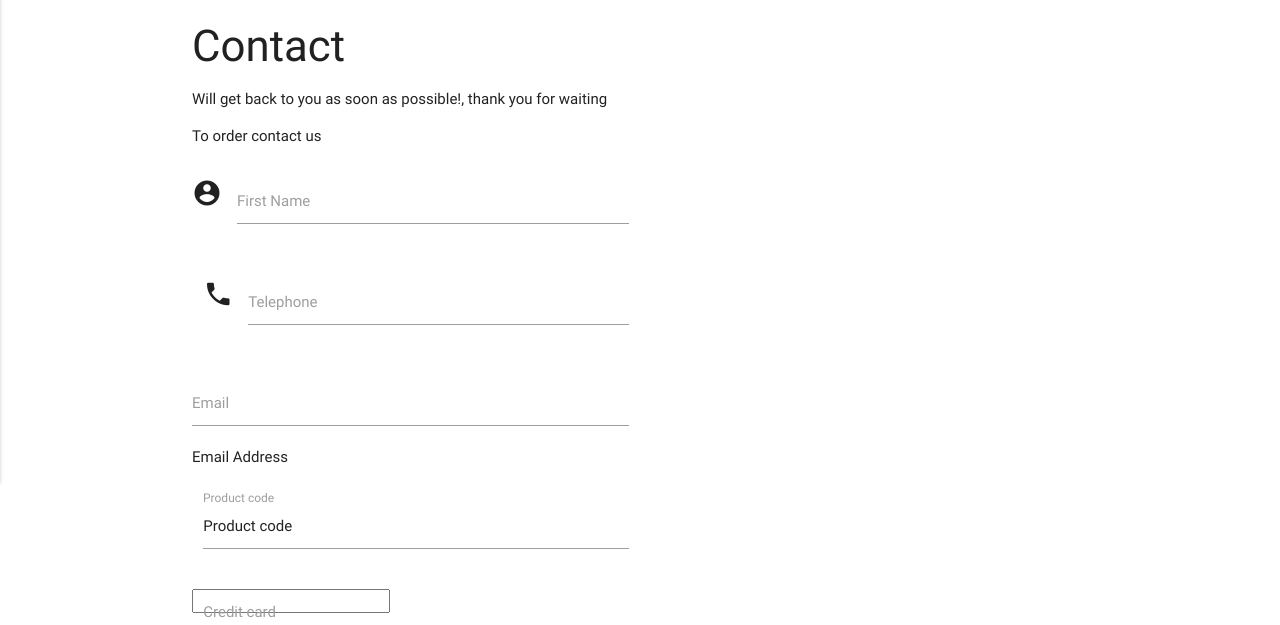
Repository: eazeldon/project-recipes-online-3
Page: http://localhost/contact
The author's editor kept a record of every edit. The page is drawn from the files as they stood at one moment, then again after the next edit.
The browser window is 1280 px wide. The pictures show the part of the page from y = 298 to 923 px (the page is 923 px tall before and 720 px after).
Some web libraries are served in a nearby version. The page is served by the project's application, run on Flask 3 (app.py).

Above is the page before.

### templates/contact.html
{% extends 'base.html' %} {% block content %}
<h3>Contact</h3>

        <p>Will get back to you as soon as possible!, thank you for waiting</p>
        <p>To order contact us</p>

 <div class="row">
    <form class="col s12">
      <div class="row">
        <div class="input-field col s6">
          <i class="material-icons prefix">account_circle</i>
          <input id="icon_prefix" type="text" class="validate">
          <label for="icon_prefix">First Name</label>
        </div>
        </div>
        <div class="input-field col s6">
          <i class="material-icons prefix">phone</i>
          <input id="icon_telephone" type="tel" class="validate">
          <label for="icon_telephone">Telephone</label>
        </div>
      </div>
    </form>

  <div class="row">
    <form class="col s12">
      <div class="row">
       <div class="input-field col s6">
          <input id="email" type="email" class="validate">
          <label for="email">Email</label>
          <span class="helper-text" data-error="wrong" data-success="right">Email Address</span>
        </div>
      </div>
     <div class="input-field col s6">
      <input value="Product code" id="product_code2" type="text" class="validate">
      <label class="active" for="product_code2">Product code</label>
    </div>
  </div>
  <div class="input-field col s6">
          <input id="credit" type="credit" class="validate">
          <label for="credit">Credit card</label>
          </div>
      </div>
</form>


















<!--------------
<div class="row">
    <form class="col s12">
      <div class="row">
        <div class="input-field col s6">
          <i class="material-icons prefix">account_circle</i>
          <input id="icon_prefix" type="text" class="validate">
          <label for="icon_prefix">First Name</label>

          <div class="input-field col s12">
          <i class="material-icons prefix">phone</i>
          <input id="icon_telephone" type="tel" class="validate">
          <label for="icon_telephone">Telephone</label>
        </div>
       </div>
    </form>
  </div>
</div>
 <div class="row">
    <form class="col s12">
      <div class="row">
        <div class="input-field col s6">
          <input id="email" type="email" class="validate">
          <label for="email">Email</label>
          <span class="helper-text" data-error="wrong" data-success="right">Email Address</span>
        </div>
      </div>
    </form>
  </div>
 <div class="row">
    <form class="col s12">
      <div class="row"><div class="input-field col s6">
          <textarea id="icon_prefix2" class="materialize-textarea"></textarea>
          <label for="icon_prefix2">Product code</label>
          <i class="material-icons prefix2">card_travel</i>

             <input type="credit" name="credit">Credit card
            <label for="icon_prefix2">Cride card</label>
           <textarea id="icon_prefix2" class="materialize-textarea"></textarea>
        </div>
      </div>
      <button type="submit" class="btn btn-secondary center-block">Send</button>
    </form>
  </div>

<!-------------
<div class="row">
    <a href="{{url_for('contact')}}" class="waves-effect waves-light btn">
     <i class="material-icons right">SEND</i>
    </a>
</div>

---------->


{% endblock %}

### templates/base.html
<!DOCTYPE html>
<html lang="en">
<head>
    <meta charset="UTF-8">
    <meta name="viewport" content="width=device-width, initial-scale=1.0">
    <meta http-equiv="X-UA-Compatible" content="ie=edge">
    <title>Recipes-online-cookbook-project-3</title>


    <link href="https://fonts.googleapis.com/icon?family=Material+Icons" rel="stylesheet">
    <link rel="stylesheet" href="https://cdnjs.cloudflare.com/ajax/libs/materialize/0.100.2/css/materialize.min.css" type="text/css" />
    <link rel="stylesheet" href="{{url_for('static', filename='css/style.css')}}" type="text/css" />

</head>
<body>
<header>
        <nav>
            <div class="nav-wrapper">
                <a href="{{url_for('get_tasks')}}" class="brand-logo">Sugar Factory</a>
                <a href="#" data-activates="mobile-demo" class="button-collapse"><i class="material-icons">menu</i></a>
                <ul id="nav-mobile" class="right hide-on-med-and-down">

                    <li><a href="{{url_for('get_tasks')}}">Home</a></li>
                      <li><a href="{{url_for('recipes')}}">Recipes</a></li>
                    <li><a href="{{url_for('contact')}}">Contact</a></li>
                     <li><a href="{{url_for('products')}}">Products</a></li>
                     <li><a href="{{url_for('statistic')}}">Statistic</a></li>
                     <li><a href="{{url_for('get_categories')}}">Post</a></li>

                </ul>
                <ul class="side-nav" id="mobile-demo">


                     <li><a href="{{url_for('home')}}">Home</a></li>
                      <li><a href="{{url_for('recipes')}}">Recipes</a></li>
                     <li><a href="{{url_for('contact')}}">Contact</a></li>
                     <li><a href="{{url_for('products')}}">Products</a></li>
                      <li><a href="{{url_for('statistic')}}">Statistic</a></li>
                     <li><a href="{{url_for('get_categories')}}">Post</a></li>

                </ul>
            </div>
        </nav>

    <div class="row">
    <div class="col s12" style="background-image: url('https://www.bakedblooms.com/wp-content/uploads/2018/09/7F10A2AD-087F-4D1A-B7CD-E37C59668E2B-1200x550.jpeg')">

    <div class="opaque-overlay">&nbsp;</div>


      <div class="row">
        <div class="col s12">
          <div class="my_class" center-align>

           <h1>Sugar Factory from the maker</h1>

           <div class="my_class center-align"><h3>of recipes online</h3></span>
             </div>
           </div>
        </div>
        </div>
      </div>
    </div>







    </header>



    <div class="container">
        {% block content %} {% endblock %}
    </div>


    <script src="https://cdnjs.cloudflare.com/ajax/libs/jquery/3.2.1/jquery.min.js"></script>
    <script src="https://cdnjs.cloudflare.com/ajax/libs/materialize/0.100.2/js/materialize.min.js"></script>
    <script type="text/javascript">
        $(document).ready(function() {
            $('.collapsible').collapsible();
            $('select').material_select();
            $(".button-collapse").sideNav();
        })
    </script>



</body>
</html>

### app.py
import os
from flask import Flask, render_template, redirect, request, url_for
from flask_pymongo import PyMongo
from bson.objectid import ObjectId

app = Flask(__name__)
app.config["MONGO_DBNAME"] = 'recipes_book'
app.config["MONGO_URI"] = 'mongodb+srv://cakes:CakeSusr@myfirstcluster-ctiu9.mongodb.net/task_manager?retryWrites=true&w=majority'


mongo = PyMongo(app)



@app.route('/')
@app.route('/get_tasks')
def get_tasks():
    return render_template("tasks.html",  tasks=mongo.db.tasks.find())

@app.route('/add_task')
def add_task():
   return render_template('addtask.html', categories=mongo.db.categories.find())

@app.route('/home')
def home():
    return render_template("home.html")



@app.route('/recipes')
def recipes():
    return render_template("recipes.html")










@app.route('/contact')
def contact():


    return render_template("contact.html")







@app.route('/products')
def products():
    return render_template("products.html")



@app.route('/statistic')
def statistic():
    return render_template("statistic.html")





@app.route('/get_categories')
def get_categories():
    return render_template('categories.html',
                           categories=mongo.db.categories.find())

@app.route('/delete_category/<category_id>')
def delete_category(category_id):
   mongo.db.categories.remove({'_id': ObjectId(category_id)})
   return redirect(url_for('get_categories'))


@app.route('/edit_category/<category_id>')
def edit_category(category_id):
    return render_template('editcategory.html',
    category=mongo.db.categories.find_one({'_id': ObjectId(category_id)}))


@app.route('/update_category/<category_id>', methods=['POST'])
def update_category(category_id):
    mongo.db.categories.update(
        {'_id': ObjectId(category_id)},
        {'category_name': request.form.get('category_name')})
    return redirect(url_for('get_categories'))


@app.route('/insert_category', methods=['POST'])
def insert_category():
    category_doc = {'category_name': request.form.get('category_name')}
    mongo.db.categories.insert_one(category_doc)
    return redirect(url_for('get_categories'))


@app.route('/add_categories')
def add_category():
    return render_template('addcategories.html')

if __name__ == '__main__':
    app.run(host=os.environ.get('IP'),
            port=int(os.environ.get('PORT')),
            debug=True)

### static/css/style.css
.my_class {
    color:white;
}
.btn_small {
    height: 24px;
    width: 60px;
    line-height: 24px;
    margin: 5px 5px;
    padding: 0 0.5em;
}

After the next edit:
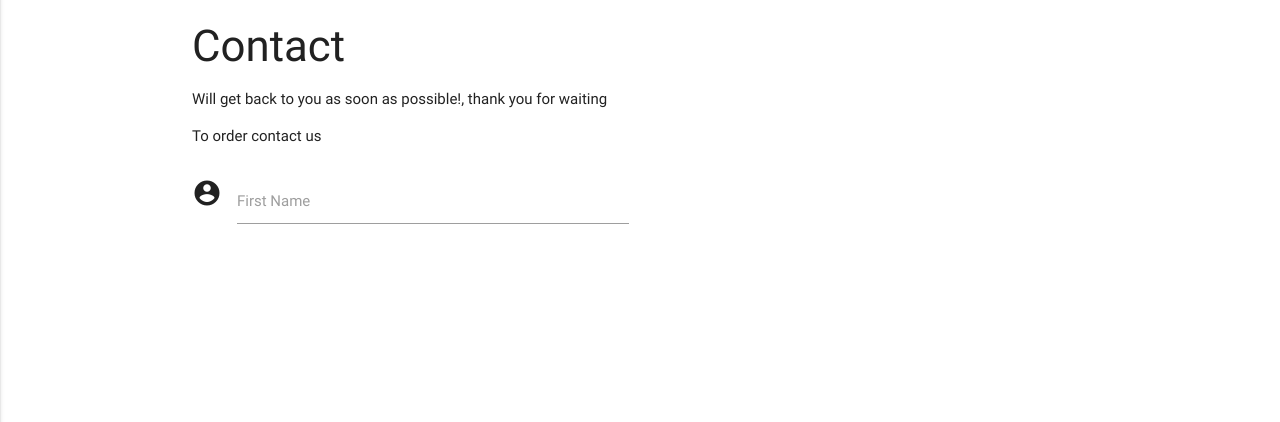
The edit:
--- a/templates/contact.html
+++ b/templates/contact.html
@@ -13,6 +13,7 @@
           <label for="icon_prefix">First Name</label>
         </div>
         </div>
+<!---------
         <div class="input-field col s6">
           <i class="material-icons prefix">phone</i>
           <input id="icon_telephone" type="tel" class="validate">
